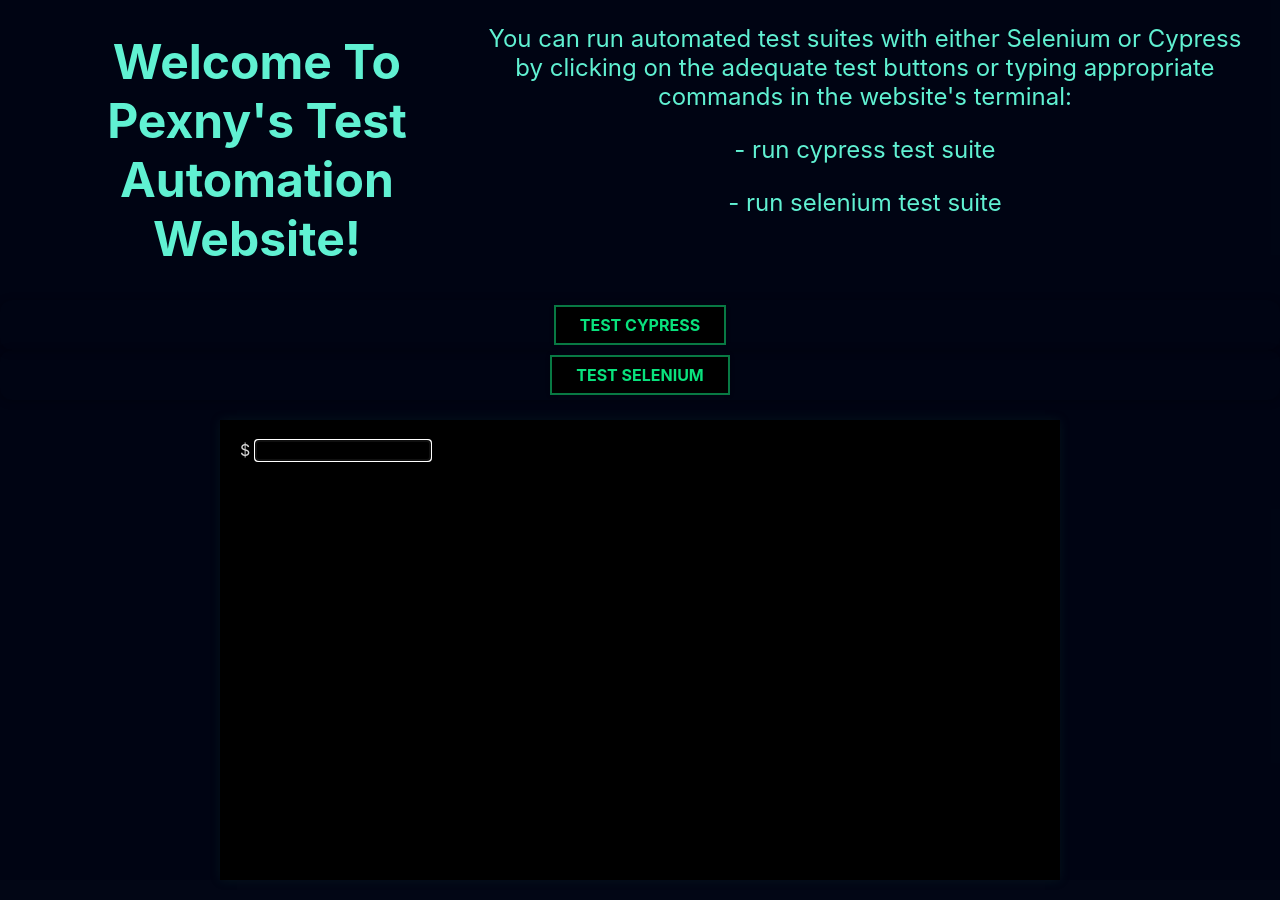
Repository: p3xny/Test-Automation-Website
Page: / (app in client/)
The author's editor kept a copy of each file at every save. The page is drawn from the files as they stood at one save, then again after the next save.
The browser window is 1280 px wide. The pictures show the whole page.
The project was rebuilt for these pictures with package versions that can differ from the ones it lists, and the page was loaded fresh each time. Also part of the build but not shown: client/src/components/UI/TestMenu.js.

Above is the page before, as saved 2023-08-23 23:13:55.

After the next save:
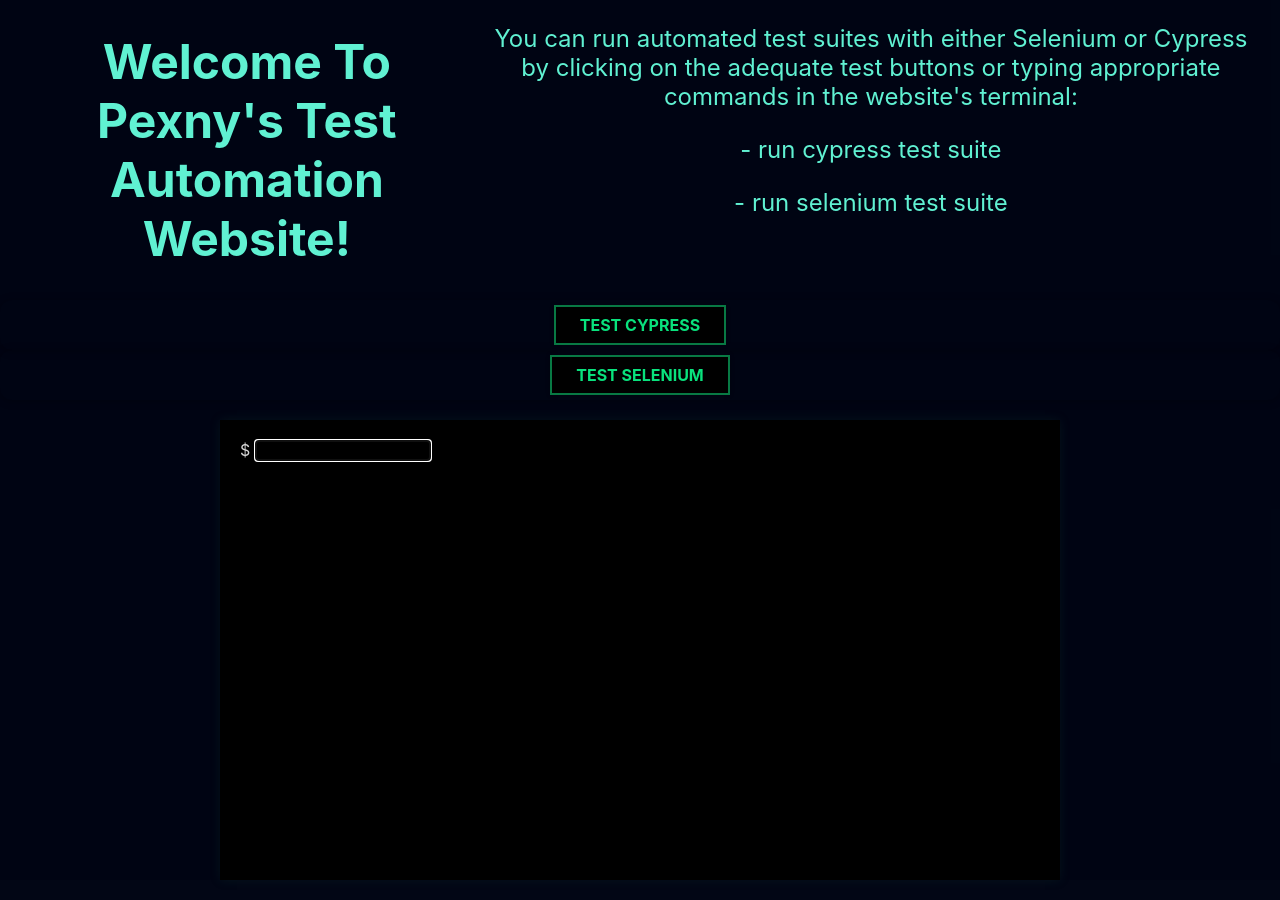
Saved 12 s later.
--- a/client/src/components/UI/WelcomeMessage.module.css
+++ b/client/src/components/UI/WelcomeMessage.module.css
@@ -3,8 +3,8 @@
   font-size: 1.5rem;
   /* font-weight: bold; */
   text-align: center;
-  margin-left: 2rem;
-  margin-right: 2rem;
+  margin-left: 1rem;
+  margin-right: 1rem;
   margin-top: auto;
   margin-bottom: auto;
   display: flex;
